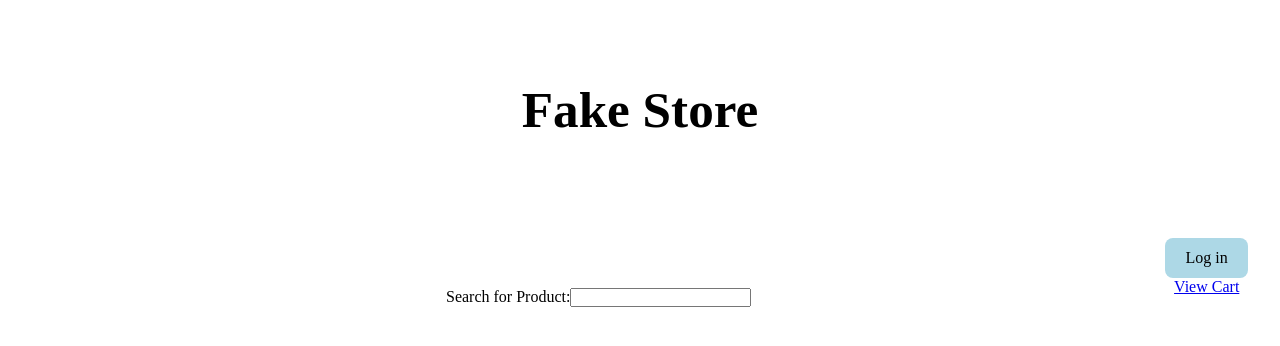
Repository: Andres513/CapStone
Page: /
These files come from the project's save history. The page is drawn as it stood at one moment and after the next save; the edit follows.
The browser window is 1280 px wide. The pictures show the whole page.
The page's requests for data from a server got no answer. The project was rebuilt for these pictures with package versions that can differ from the ones it lists, and the page was loaded fresh each time. No one was signed in, and anything a server would have sent is missing. Also part of the build but not shown: vite.config.js, src/components/Login.jsx, src/components/Cart.jsx, src/components/SingleProduct.jsx, src/components/ProductsByCategory.jsx, src/components/LoggedOut.jsx, src/components/Checkout.jsx.

Above is the page before, as saved 2024-04-11 10:51:15.

### index.html
<!doctype html>
<html lang="en">
  <head>
    <meta charset="UTF-8" />
    <link rel="icon" type="image/svg+xml" href="/vite.svg" />
    <meta name="viewport" content="width=device-width, initial-scale=1.0" />
    <title>Fake Store!</title>
  </head>
  <body>
    <div id="root"></div>
    <script type="module" src="/src/main.jsx"></script>
  </body>
</html>

### src/App.jsx
import { useState } from 'react'
import FetchProducts from './components/FetchProducts'
import './App.css'
import { Routes, Route } from 'react-router-dom'
import Login from './components/Login'
import SingleProduct from './components/SingleProduct'
import ProductsByCategories from './components/ProductsByCategory'
import Cart from './components/Cart'
import { CartProvider } from './components/CartContext'
import LogOut from './components/LoggedOut'
import Checkout from './components/Checkout'

function App() {
  const [token, setToken] = useState(null)
  const [products, setProducts] = useState([])
  const [price, setPrice] = useState('')
  const [email, setEmail] = useState('')
  const [password, setPassword] = useState('')
  const [isLoggedIn, setIsLoggedIn] = useState(false)
  const [loggedOut, setLoggedOut] = useState(false)

  const handleSetToken = (newToken) => {
    setToken(newToken)
    setIsLoggedIn(true)
  }
  const handleSetProducts = (newProducts) => {
    setProducts(newProducts)
  }
  const handleSetPrice = (newPrice) => {
    setPrice(newPrice)
  }
  const handleLogout = () => {
    setToken(null)
    setIsLoggedIn(false)
    setLoggedOut(true)
  }
  return (

    <CartProvider isLoggedIn={isLoggedIn}>
      <>
        <Routes>
          <Route path="/login" element={<Login token={token} setToken={handleSetToken} email={email} setEmail={setEmail} password={password} setPassword={setPassword} isLoggedIn={isLoggedIn} setIsLoggedIn={setIsLoggedIn} handleLogout={handleLogout} />} />
          <Route path="/" element={<FetchProducts token={token} setToken={handleSetToken} products={products} setProducts={handleSetProducts} price={price} setPrice={handleSetPrice} isLoggedIn={isLoggedIn} handleLogout={handleLogout} loggedOut={loggedOut} setLoggedOut={setLoggedOut} />} />
          <Route path="/products/:id" element={<SingleProduct token={token} isLoggedIn={isLoggedIn} />} />
          <Route path="/category/:category" element={<ProductsByCategories products={products} setProduct={handleSetProducts} />} />
          <Route path="/cart" element={<Cart isLoggedIn={isLoggedIn} />} />
          <Route path="/logout" element={<LogOut />} />
          <Route path="/checkout" element={<Checkout/>}/>
        </Routes>
      </>
    </CartProvider>
  )
}

export default App

### src/index.css

* {
  margin: 0;
  padding: 0;
  box-sizing: border-box;
}
h1 {
  font-size: 3.2em;
  line-height: 1.1;
  padding-top: 50px;
  padding-bottom: 100px;
}

img {
  width: 70%;
  height: 70%;
}
.single-product > img {
  height: 60%;
  width: 60%;
  padding-top: 50px;
  padding-bottom: 50px;
}
.items-container {
  display: grid;
  grid-template-columns: repeat(auto-fill, minmax(330px, 1fr));
  grid-gap: 75px;
  padding-top: 50px;
}
.item {
  background-color: aliceblue;
  box-shadow: 5px 5px lightblue;
  transition: all .2s ease-in-out;
}
.item:hover {
  transform: scale(1.1);
}
.category-buttons {
  padding-bottom: 50px;
}
.category-container {
  display: grid;
  grid-template-columns: repeat(auto-fill, minmax(200px, 1fr));
  grid-gap: 100px;
  padding-top: 50px;

}
.category-item {
  transition: all .2s ease-in-out;
  transform: scale(1.1);
}
.category-item:hover {
  transform: scale(1.1);
}
button {
  border-radius: 8px;
  border: 1px solid transparent;
  padding: 0.6em 1.2em;
  font-size: 1em;
  font-weight: 500;
  font-family: inherit;
  background-color: lightblue;
  cursor: pointer;
  transition: border-color 0.25s;
}
.navbar {
  float: right
}

### src/components/FetchProducts.jsx
import { useEffect, useState } from "react"
import { Link } from "react-router-dom"
import Login from "./Login"
import Categories from "./Categories"
import Cart from "./Cart"
import { useCart } from "./CartContext"

export default function FetchProducts({ products, setProducts, price, setPrice, token, setToken, isLoggedIn, setIsLoggedIn, handleLogout, loggedOut }) {
    const [error, setError] = useState(null)
    const [searched, setSearched] = useState('')
    const [addedToCart, setAddedToCart] = useState(false);
    const { cart, setCart } = useCart()

    useEffect(() => {
        async function fetchProducts() {
            try {
                const response = await fetch('https://fakestoreapi.com/products')
                const result = await response.json()
                setProducts(result)
                setPrice(result.price)
                console.log(result)
            } catch (error) {
                setError(error.message)
            }
        }
        fetchProducts()
    }, [])

    const searchedProduct = products.filter((product) => {
        return product.title.toLowerCase().includes(searched.toLowerCase());
    });

    console.log(isLoggedIn)
    return (
        <>
            <h1>Fake Store</h1>
            <nav className="navbar">
                {isLoggedIn ? (
                    <>
                        <Link to="/logout"><button onClick={handleLogout}>Log out</button><br /></Link>

                    </>
                ) : (
                    <Link to="/login"><button>Log in</button></Link>
                )}
                <br /><Link to="/cart">View Cart</Link>
            </nav>

            <Categories products={products} />
            <label className="search-bar">Search for Product:
                <input type="text" value={searched} onChange={(e) => setSearched(e.target.value)} />
            </label><br />

            <div className="items-container">
                {searchedProduct.map((product) => (
                    <div key={product.id} className="item">
                        <h3>{product.title}</h3>
                        <img src={product.image} alt={product.title} /><br />

                        <Link to={`/products/${product.id}`}>View Details</Link>

                    </div>
                ))}

            </div>
        </>
    )
}
// import React from "react";
// import { Link } from "react-router-dom";

// export default function Logout({ setIsLoggedIn, IsLoggedIn, setToken }) {

//     const handleLogout=()=> {
//     setToken(null)
//     setIsLoggedIn(false)
// }
// console.log(IsLoggedIn)
//     return (
//         <div>
//             <h2>Welcome!</h2>
//             <button onClick={handleLogout}>Log out</button>
//         </div>
//     );
// }

### src/components/CartContext.jsx


import { createContext, useContext, useState, useEffect } from "react";

const CartContext = createContext()

export const useCart = () => useContext(CartContext)

export const CartProvider = ({ children }) => {
    const [cart, setCart] = useState(() => {
        const storedCart = localStorage.getItem('cart');
        return storedCart ? JSON.parse(storedCart) : [];
    });

    useEffect(() => {
        localStorage.setItem('cart', JSON.stringify(cart));
    }, [cart]);

    return (
        <CartContext.Provider value={{ cart, setCart }}>
            {children}
        </CartContext.Provider>
    )
}

### src/components/Categories.jsx
import { useState, useEffect } from "react";
import { Link } from "react-router-dom";

export default function Categories({ products }) {
    const [categories, setCategories] = useState([])

    useEffect(() => {
        async function fetchCategories() {
            try {
                const response = await fetch('https://fakestoreapi.com/products/categories')
                const result = await response.json()
                setCategories(result)
                console.log(categories)
            } catch (error) {
                console.error(error)
            }
        } fetchCategories()
    }, [categories])

    const filteredCategories = (category) => {
        return products.filter(product => product.category === category)
    }

    return (
        <div>
            <div className="category-buttons">
                {categories.map((category, index) => (
                    <button key={index}>
                        <Link to={`/category/${category}`}>{category}</Link>
                    </button>
                ))}
            </div>
        </div>
    );
}

Loaded but not shown: src/main.jsx (common file); src/App.css (common file)

After the next save:
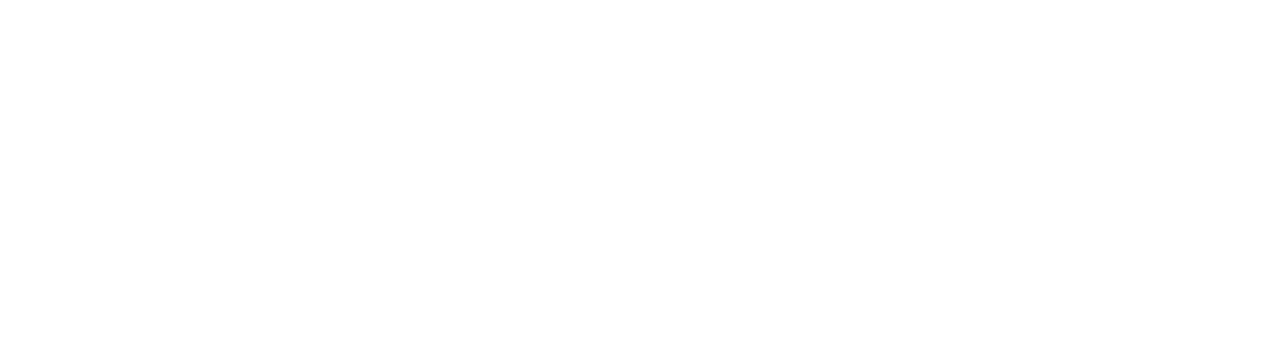
Console error: ReferenceError: result is not defined
Saved 27 s later.
--- a/src/components/Categories.jsx
+++ b/src/components/Categories.jsx
@@ -15,7 +15,7 @@
                 console.error(error)
             }
         } fetchCategories()
-    }, [categories])
+    }, [result])
 
     const filteredCategories = (category) => {
         return products.filter(product => product.category === category)

After the save that followed:
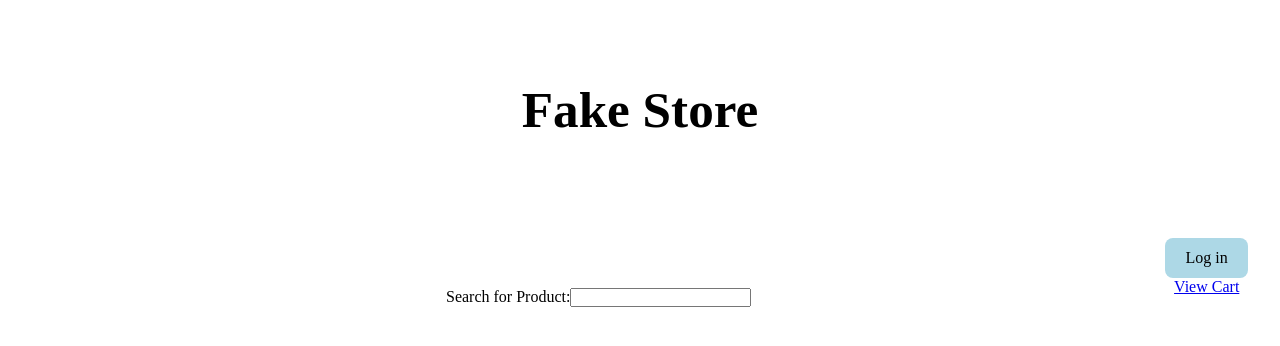
The error is gone.
Saved 19 s later.
--- a/src/components/Categories.jsx
+++ b/src/components/Categories.jsx
@@ -15,7 +15,7 @@
                 console.error(error)
             }
         } fetchCategories()
-    }, [result])
+    }, [categories])
 
     const filteredCategories = (category) => {
         return products.filter(product => product.category === category)
